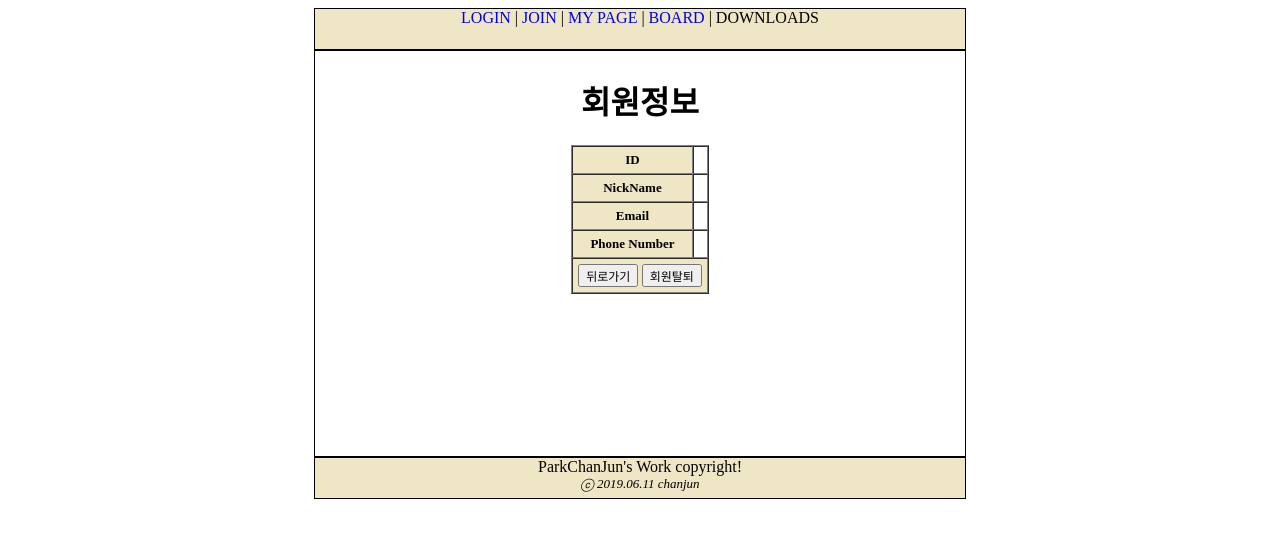
Repository: slolee/Spring-Board
Page: http://localhost/spring_project/WEB-INF/views/member/mypageResultView.jsp
The author's editor kept a copy of each file at every save. The page is drawn from the files as they stood at one save, then again after the next save.
The browser window is 1280 px wide. The pictures show the whole page.
The page is served by Tomcat 9. Nobody is signed in. The template is opened directly, without the code that normally fills it, so the values that code supplies are empty.

Above is the page before, as saved 2019-06-17 02:27:37.

After the next save:
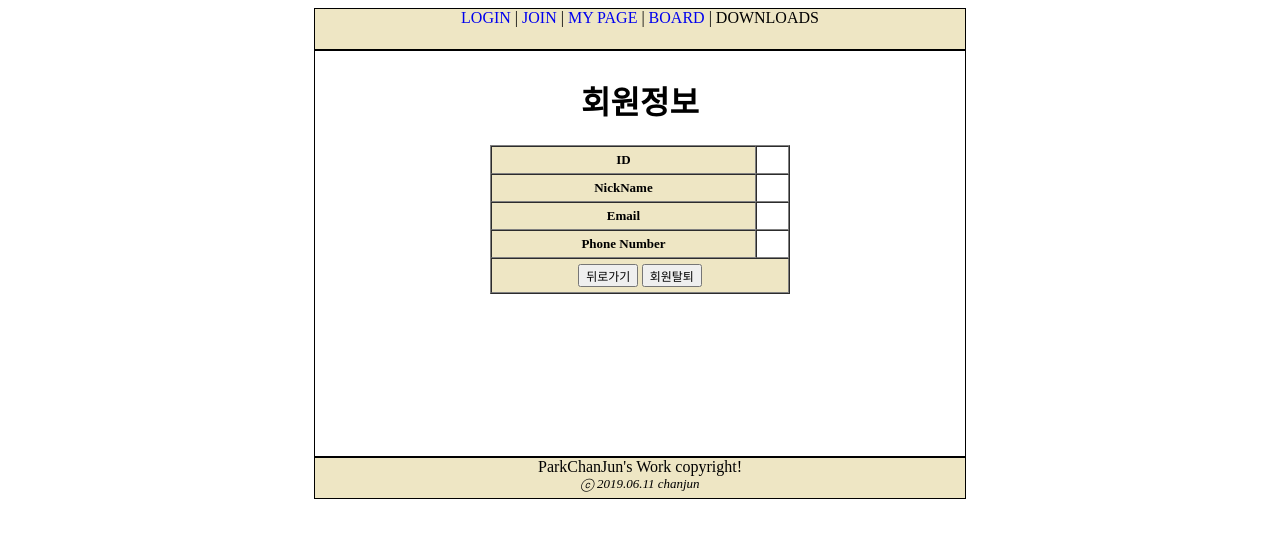
Saved 18 s later.
--- a/spring_project/src/main/webapp/WEB-INF/views/member/mypageResultView.jsp
+++ b/spring_project/src/main/webapp/WEB-INF/views/member/mypageResultView.jsp
@@ -5,7 +5,7 @@
 </jsp:include>
 
 	<h1>회원정보</h1>
-	<table border=1 cellpadding="5" cellspacing="0" align="center" style="font-size:small;">
+	<table border=1 cellpadding="5" cellspacing="0" align="center" width="300px" style="font-size:small;">
 		<tr>
 			<th>ID</th>
 			<td>${ vo.id }</td>
